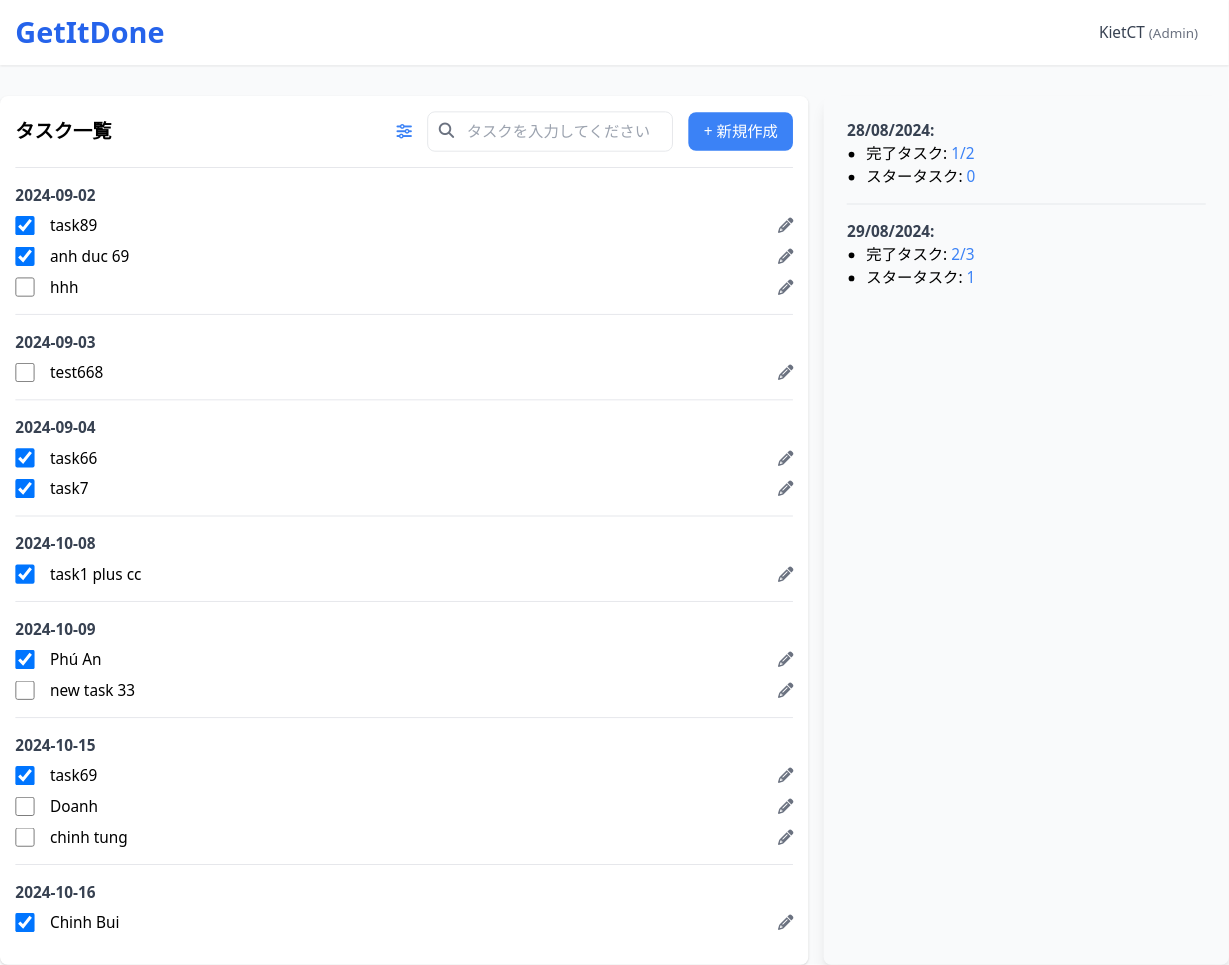
Repository: TuanAnhNguyen723/todolist
Page: http://localhost/mainscreen/mainscreen.php
These files come from the project's save history. The page is drawn as it stood at one moment and after the next save; the edit follows.
The browser window is 1280 px wide. The pictures show the whole page, at 96% of full size.
Some web libraries are served in a nearby version. The page is run by PHP 8.4 with error messages shown; the project is at /var/www/html/. The database holds what the project's SQL file puts in it.

Above is the page before, as saved 2024-09-26 17:49:36.

After the next save:
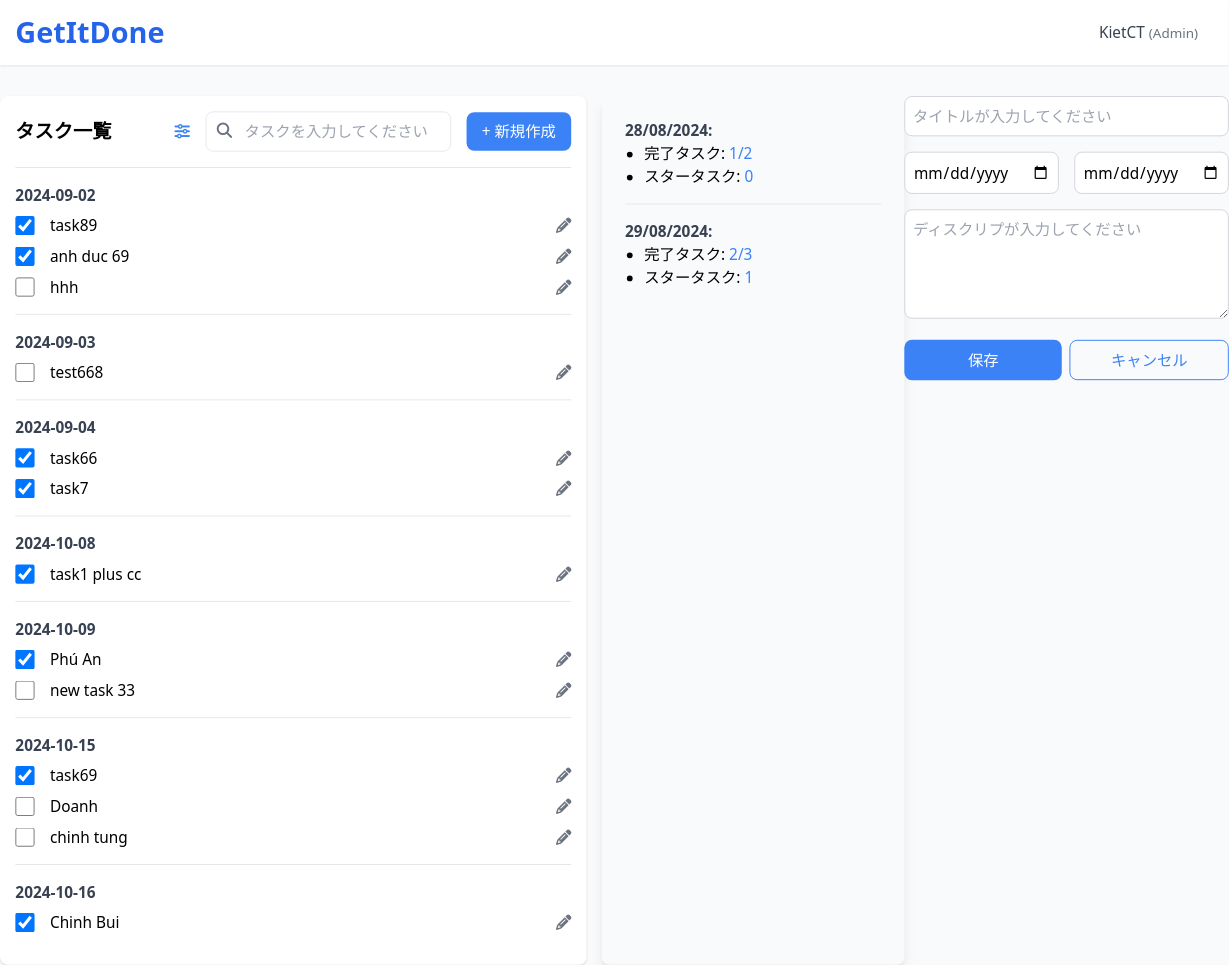
Console error: TypeError: Cannot read properties of null (reading 'addEventListener')
Saved 48 s later.
--- a/mainscreen/mainscreen.php
+++ b/mainscreen/mainscreen.php
@@ -120,77 +120,64 @@
         </div>
 
         <!-- Task Add Modal -->
-        <div id="taskAddModal" class="fixed z-50 inset-0 overflow-y-auto hidden">
-          <div class="flex items-center justify-center min-h-screen bg-black bg-opacity-50">
-            <div class="relative bg-white w-96 p-6 rounded-lg shadow-lg">
-              <!-- Close Button -->
-              <button id="closeModal" class="absolute top-2 right-2 text-gray-500 hover:text-gray-700">
-                <i class="fas fa-times"></i>
-              </button>
-
-              <!-- Modal Title -->
-              <h2 class="text-2xl font-bold mb-4">タスク追加</h2>
-
-              <!-- Form -->
-
-              <form action="mainscreenController.php" method="POST">
-                <!-- Task Title -->
-                <input
-                  name="title"
-                  type="text"
-                  placeholder="タイトルが入力してください"
-                  class="title w-full border border-gray-300 p-2 rounded-lg mb-4"
-                />
-
-                <!-- Date Pickers -->
-                <div class="flex justify-between space-x-4 mb-4">
-                  <div class="w-1/2 relative">
-                    <label for="time_start" class="sr-only">Start Date</label>
-                    <input
-                      type="date"
-                      name="time_start"
-                      class="w-full border border-gray-300 p-2 rounded-lg"
-                    />
-                  </div>
-                  <div class="w-1/2 relative">
-                    <label for="time_end" class="sr-only">End Date</label>
-                    <input
-                      type="date"
-                      name="time_end"
-                      class="w-full border border-gray-300 p-2 rounded-lg"
-                    />
-                  </div>
-                </div>
-
-                <!-- Task Description -->
-                <textarea
-                  name="description"
-                  placeholder="ディスクリプが入力してください"
-                  class="w-full border border-gray-300 p-2 rounded-lg mb-4"
-                  rows="4"
-                ></textarea>
-
-                <!-- Buttons -->
-                <div class="flex justify-between">
-                  <button
-                    type="submit"
-                    class="bg-blue-500 text-white px-4 py-2 rounded-lg w-full mr-2"
-                  >
-                    作成
-                  </button>
-                  <button
-                    type="button"
-                    class="border border-blue-500 text-blue-500 px-4 py-2 rounded-lg w-full"
-                    id="cancelButton"
-                  >
-                    キャンセル
-                  </button>
-                </div>
-              </form>
-
-            </div>
-          </div>
-        </div>
+        <form action="mainscreenController.php" method="POST">
+    <!-- Task ID (ẩn khi thêm mới, hiện khi chỉnh sửa) -->
+    <input type="hidden" name="task_id" value="">
+
+    <!-- Task Title -->
+    <input
+        name="title"
+        type="text"
+        placeholder="タイトルが入力してください"
+        class="title w-full border border-gray-300 p-2 rounded-lg mb-4"
+    />
+
+    <!-- Date Pickers -->
+    <div class="flex justify-between space-x-4 mb-4">
+        <div class="w-1/2 relative">
+            <label for="time_start" class="sr-only">Start Date</label>
+            <input
+                type="date"
+                name="time_start"
+                class="w-full border border-gray-300 p-2 rounded-lg"
+            />
+        </div>
+        <div class="w-1/2 relative">
+            <label for="time_end" class="sr-only">End Date</label>
+            <input
+                type="date"
+                name="time_end"
+                class="w-full border border-gray-300 p-2 rounded-lg"
+            />
+        </div>
+    </div>
+
+    <!-- Task Description -->
+    <textarea
+        name="description"
+        placeholder="ディスクリプが入力してください"
+        class="w-full border border-gray-300 p-2 rounded-lg mb-4"
+        rows="4"
+    ></textarea>
+
+    <!-- Buttons -->
+    <div class="flex justify-between">
+        <button
+            type="submit"
+            class="bg-blue-500 text-white px-4 py-2 rounded-lg w-full mr-2"
+        >
+            保存
+        </button>
+        <button
+            type="button"
+            class="border border-blue-500 text-blue-500 px-4 py-2 rounded-lg w-full"
+            id="cancelButton"
+        >
+            キャンセル
+        </button>
+    </div>
+</form>
+
 
         <!-- Filter Modal -->
         <div

After the 2 saves that followed:
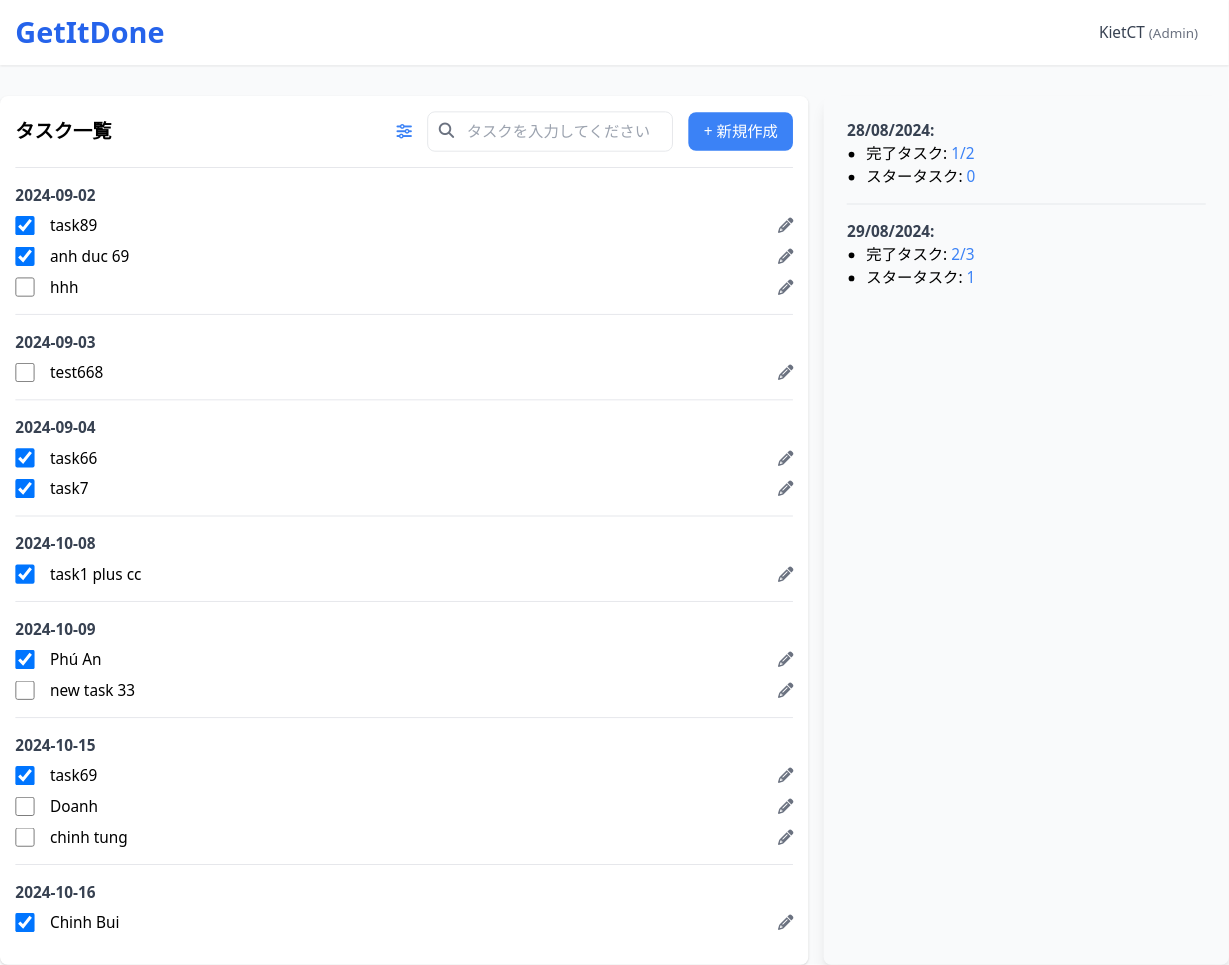
The error is gone.
The 2 saves are shown as one change because 1 left the picture as it was.
The last was saved 16 s later.
--- a/mainscreen/mainscreen.php
+++ b/mainscreen/mainscreen.php
@@ -120,64 +120,77 @@
         </div>
 
         <!-- Task Add Modal -->
-        <form action="mainscreenController.php" method="POST">
-    <!-- Task ID (ẩn khi thêm mới, hiện khi chỉnh sửa) -->
-    <input type="hidden" name="task_id" value="">
-
-    <!-- Task Title -->
-    <input
-        name="title"
-        type="text"
-        placeholder="タイトルが入力してください"
-        class="title w-full border border-gray-300 p-2 rounded-lg mb-4"
-    />
-
-    <!-- Date Pickers -->
-    <div class="flex justify-between space-x-4 mb-4">
-        <div class="w-1/2 relative">
-            <label for="time_start" class="sr-only">Start Date</label>
-            <input
-                type="date"
-                name="time_start"
-                class="w-full border border-gray-300 p-2 rounded-lg"
-            />
-        </div>
-        <div class="w-1/2 relative">
-            <label for="time_end" class="sr-only">End Date</label>
-            <input
-                type="date"
-                name="time_end"
-                class="w-full border border-gray-300 p-2 rounded-lg"
-            />
-        </div>
-    </div>
-
-    <!-- Task Description -->
-    <textarea
-        name="description"
-        placeholder="ディスクリプが入力してください"
-        class="w-full border border-gray-300 p-2 rounded-lg mb-4"
-        rows="4"
-    ></textarea>
-
-    <!-- Buttons -->
-    <div class="flex justify-between">
-        <button
-            type="submit"
-            class="bg-blue-500 text-white px-4 py-2 rounded-lg w-full mr-2"
-        >
-            保存
-        </button>
-        <button
-            type="button"
-            class="border border-blue-500 text-blue-500 px-4 py-2 rounded-lg w-full"
-            id="cancelButton"
-        >
-            キャンセル
-        </button>
-    </div>
-</form>
-
+        <div id="taskAddModal" class="fixed z-50 inset-0 overflow-y-auto hidden">
+          <div class="flex items-center justify-center min-h-screen bg-black bg-opacity-50">
+            <div class="relative bg-white w-96 p-6 rounded-lg shadow-lg">
+              <!-- Close Button -->
+              <button id="closeModal" class="absolute top-2 right-2 text-gray-500 hover:text-gray-700">
+                <i class="fas fa-times"></i>
+              </button>
+
+              <!-- Modal Title -->
+              <h2 class="text-2xl font-bold mb-4">タスク追加</h2>
+
+              <!-- Form -->
+
+              <form action="mainscreenController.php" method="POST">
+                <!-- Task Title -->
+                <input
+                  name="title"
+                  type="text"
+                  placeholder="タイトルが入力してください"
+                  class="title w-full border border-gray-300 p-2 rounded-lg mb-4"
+                />
+
+                <!-- Date Pickers -->
+                <div class="flex justify-between space-x-4 mb-4">
+                  <div class="w-1/2 relative">
+                    <label for="time_start" class="sr-only">Start Date</label>
+                    <input
+                      type="date"
+                      name="time_start"
+                      class="w-full border border-gray-300 p-2 rounded-lg"
+                    />
+                  </div>
+                  <div class="w-1/2 relative">
+                    <label for="time_end" class="sr-only">End Date</label>
+                    <input
+                      type="date"
+                      name="time_end"
+                      class="w-full border border-gray-300 p-2 rounded-lg"
+                    />
+                  </div>
+                </div>
+
+                <!-- Task Description -->
+                <textarea
+                  name="description"
+                  placeholder="ディスクリプが入力してください"
+                  class="w-full border border-gray-300 p-2 rounded-lg mb-4"
+                  rows="4"
+                ></textarea>
+
+                <!-- Buttons -->
+                <div class="flex justify-between">
+                  <button
+                    type="submit"
+                    class="bg-blue-500 text-white px-4 py-2 rounded-lg w-full mr-2"
+                  >
+                    作成
+                  </button>
+                  <button
+                    type="button"
+                    class="border border-blue-500 text-blue-500 px-4 py-2 rounded-lg w-full"
+                    id="cancelButton"
+                  >
+                    キャンセル
+                  </button>
+                </div>
+              </form>
+
+            </div>
+          </div>
+        </div>
 
         <!-- Filter Modal -->
         <div
